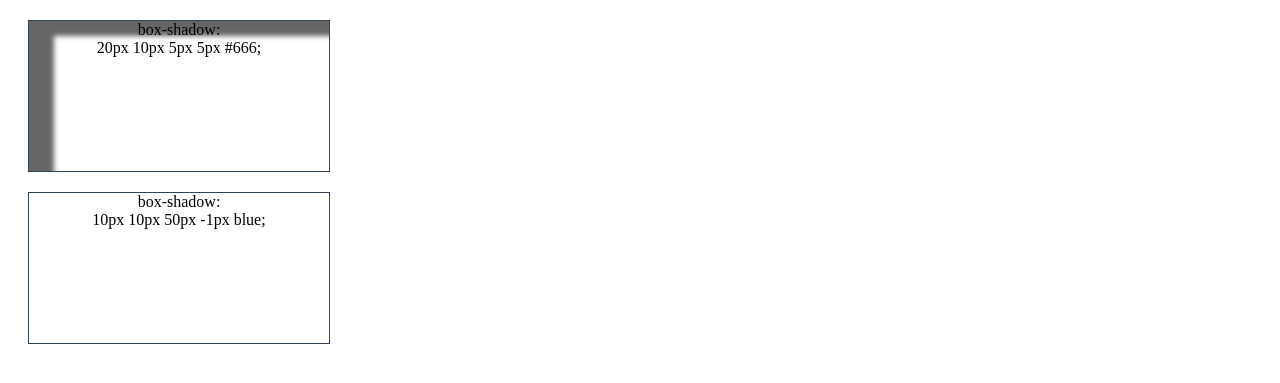
Repository: SeungjaeYu/webstudy
Page: webstudy/06_css/08_shadow/02_box-shadow.htm
An editor plug-in stored every save of this project. The page is shown before and after a run of saves, followed by the edit.
The browser window is 1280 px wide. The pictures show the whole page.

Above is the page before, as saved 2019-08-28 14:44:58.

After the next 4 saves:
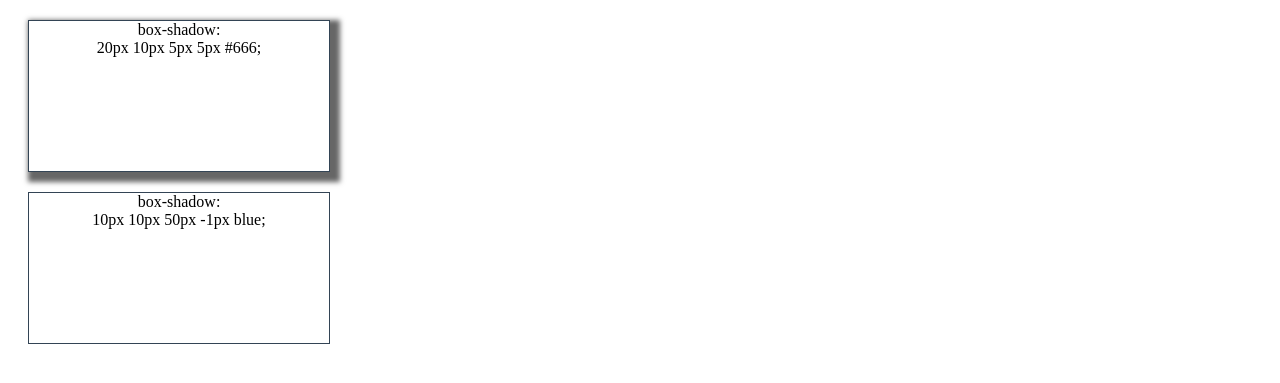
The 4 saves are shown as one change because they came seconds apart.
The last was saved 11 s later.
--- a/webstudy/06_css/08_shadow/02_box-shadow.htm
+++ b/webstudy/06_css/08_shadow/02_box-shadow.htm
@@ -31,7 +31,8 @@
     }
 
     .shadow1 {
-        box-shadow: 20px 10px 5px 5px #666 inset;
+        box-shadow: 20px 10px 5px 5px #666;
+        box-shadow: 5px 5px 5px 5px #666;
     }
 </style>
 </head>
